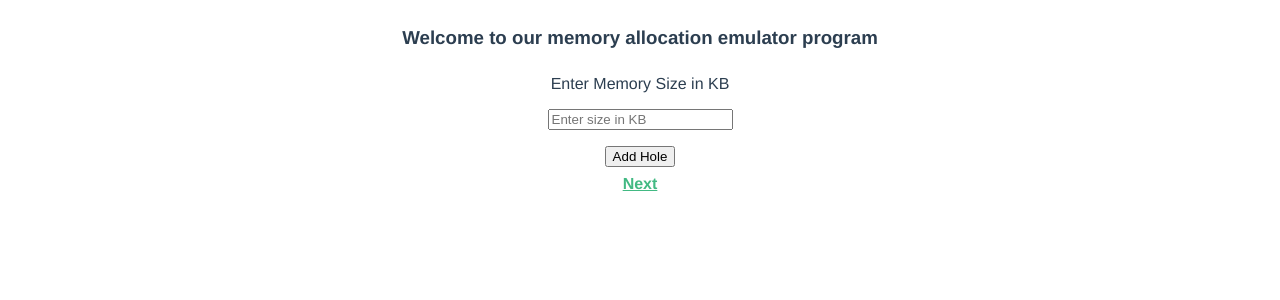
Repository: atout811/memory-allocation-project
Page: /
The author's editor kept a copy of each file at every save. The page is drawn from the files as they stood at one save, then again after the next save.
The browser window is 1280 px wide. The pictures show the whole page.
The project was rebuilt for these pictures with package versions that can differ from the ones it lists, and the page was loaded fresh each time. Also part of the build but not shown: src/views/Process.vue, src/views/Methods.vue, src/views/Final.vue.

Above is the page before, as saved 2021-06-06 18:33:11.

### src/App.vue
<template>
  <transition name="fade">
    <router-view></router-view>
  </transition>
</template>
<script>
import MemHole from "./views/MemoryAndHoles.vue";
export default {
  name: "App",
  components: { MemHole },
};
</script>
<style lang="scss">
#app {
  font-family: Avenir, Helvetica, Arial, sans-serif;
  -webkit-font-smoothing: antialiased;
  -moz-osx-font-smoothing: grayscale;
  text-align: center;
  color: #2c3e50;
  display: flex;
  flex-direction: column;
  align-items: center;
}
a {
  font-weight: bold;
  color: #42b983;

  &.router-link-exact-active {
    color: #42b983;
  }
}
.fade-enter-active,
.fade-leave-active {
  transition: opacity 1s;
}
.fade-enter, .fade-leave-to /* .fade-leave-active below version 2.1.8 */ {
  opacity: 0;
}
</style>

### src/router/index.js
import { createRouter, createWebHashHistory } from "vue-router";
import Process from "../views/Process";
import MemoryAndHoles from "../views/MemoryAndHoles";
import Methods from "../views/Methods";
import Final from "../views/Final";

const routes = [
  {
    path: "/",
    name: "Home",
    component: MemoryAndHoles,
  },
  {
    path: "/process",
    name: "Process",
    component: Process,
  },
  {
    path: "/methods",
    name: "Methods",
    component: Methods,
  },
  {
    path: "/final",
    name: "Final",
    component: Final,
  },
];

const router = createRouter({
  history: createWebHashHistory(),
  routes,
});

export default router;

### src/store/index.js
import { createStore } from "vuex";

export default createStore({
  state: {
    input: {
      memSize: "",
      Holes: [],
      Processes: [],
      Method: "",
    },
  },
  mutations: {},
  actions: {},
  modules: {},
});

### src/views/MemoryAndHoles.vue
<template>
  <h3>Welcome to our memory allocation emulator program</h3>
  <div class="memory">
    <span>Enter Memory Size in KB</span>
    <input type="text" placeholder="Enter size in KB" v-model="memorySize" />
  </div>
  <div class="holes">
    <input type="button" value="Add Hole" @click="handleClick" />
    <div v-for="(hole, index) in holes" :key="index">
      <span>Enter Hole start address</span>
      <input
        type="text"
        placeholder="Enter Start address"
        v-model="holes[index].starting"
      />
      <span>Enter Hole size</span>
      <input
        type="text"
        placeholder="Enter hole size"
        v-model="holes[index].size"
      />
    </div>
  </div>
  <router-link to="/process" @click="handleNext">Next</router-link>
</template>
<script>
import store from "../store";
export default {
  name: "MemHole",
  store,
  data() {
    return {
      memorySize: "",
      holes: [],
    };
  },
  methods: {
    handleClick: function () {
      this.holes = [...this.holes, { starting: "", size: "" }];
      console.log(this.holes);
    },
    handleNext: function () {
      console.log(this.$store.state);
      this.$store.state.input.memSize = this.memorySize;
      this.$store.state.input.Holes = this.holes;
      console.log(this.$store.state);
    },
  },
};
</script>

<style scoped>
.memory {
  display: flex;
  flex-direction: column;
  max-width: 25%;
}
span {
  margin: 8px;
}
input {
  margin: 8px;
}
</style>

Loaded but not shown: public/index.html (common file); src/main.js (common file)

After the next save:
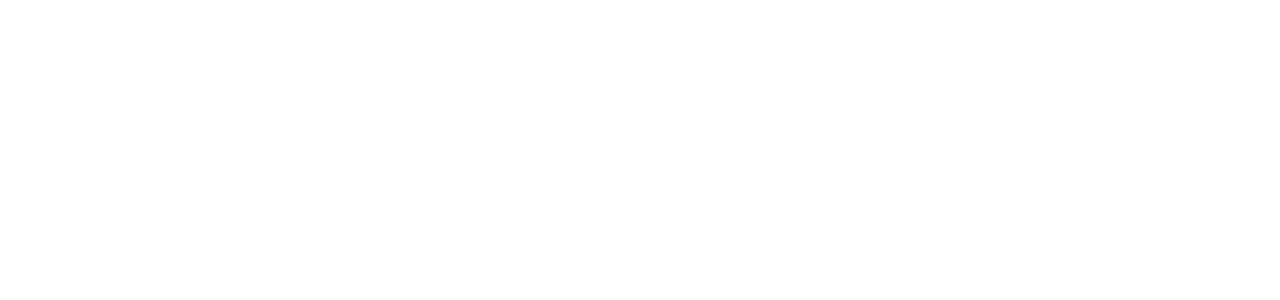
Saved 80 s later.
--- a/src/App.vue
+++ b/src/App.vue
@@ -1,7 +1,7 @@
 <template>
-  <transition name="fade">
-    <router-view></router-view>
-  </transition>
+  <router-view>
+    <transition name="fade"> </transition>
+  </router-view>
 </template>
 <script>
 import MemHole from "./views/MemoryAndHoles.vue";

After the 3 saves that followed:
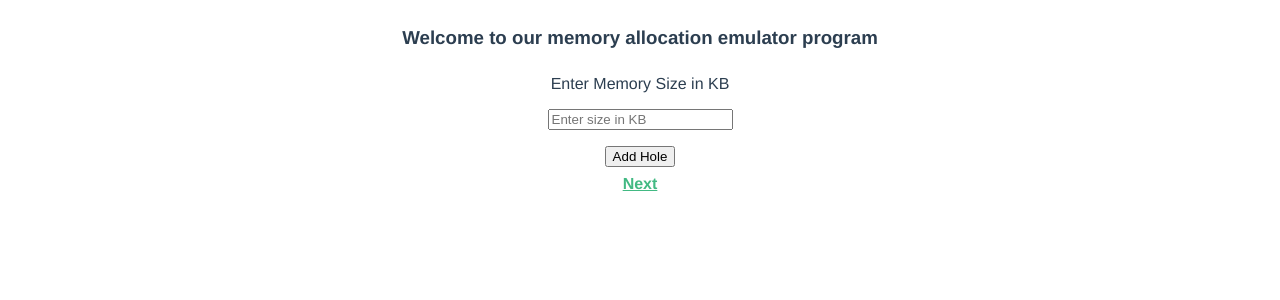
The 3 saves are shown as one change because 2 left the picture as it was.
The last was saved 2 min 5 s later.
--- a/src/App.vue
+++ b/src/App.vue
@@ -1,7 +1,5 @@
 <template>
-  <router-view>
-    <transition name="fade"> </transition>
-  </router-view>
+  <router-view> </router-view>
 </template>
 <script>
 import MemHole from "./views/MemoryAndHoles.vue";
@@ -31,7 +29,7 @@
 }
 .fade-enter-active,
 .fade-leave-active {
-  transition: opacity 1s;
+  transition: opacity 1s ease;
 }
 .fade-enter, .fade-leave-to /* .fade-leave-active below version 2.1.8 */ {
   opacity: 0;
